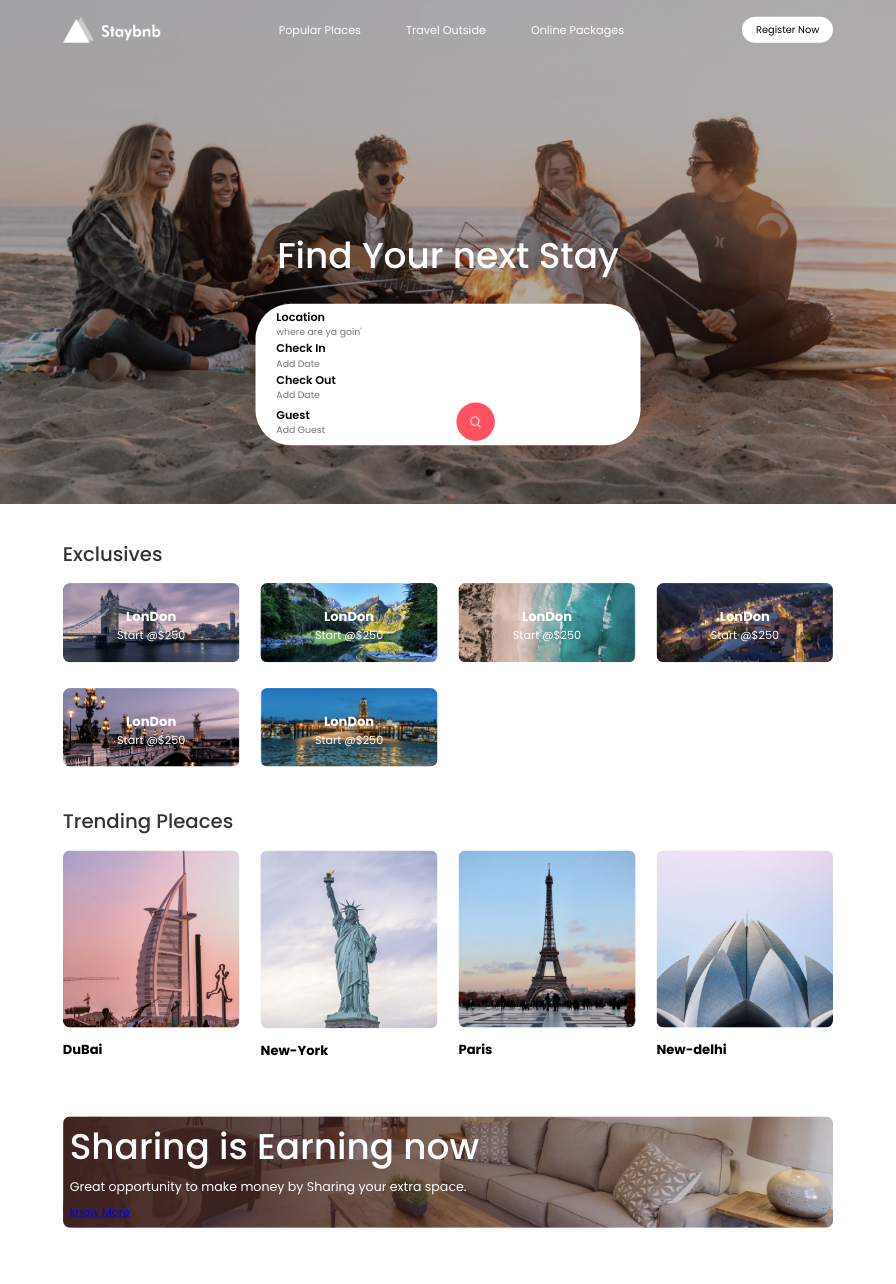
Repository: pinocoding/AirBnB
Page: house.html
These files come from the project's save history. The page is drawn as it stood at one moment and after the next save; the edit follows.
The browser window is 1280 px wide. The pictures show the whole page, at 70% of full size.

Above is the page before, as saved 2022-01-23 15:50:03.

### house.html
<!DOCTYPE html>
<html lang="en">
<head>
  <meta charset="UTF-8">
  <meta http-equiv="X-UA-Compatible" content="IE=edge">
  <meta name="viewport" content="width=device-width, initial-scale=1.0">
  <link rel="stylesheet" href="./style.css">
  <title>AirBnB</title>
</head>
<body>
  <!-- header -->
  <div class="header">
   <nav>
     <img src="/images/logo.png" class="logo" alt="blem" >
     <ul class="nav-links">
       <li><a href="#">Popular Places</a></li>
       <li><a href="#">Travel Outside</a></li>
       <li><a href="#">Online Packages</a></li>
     </ul>
     <a href="#"class="regiser-btn">Register Now</a>
   </nav>
   <div class="container">
     <h1>
       Find Your next Stay
     </h1>
     <div class="search-bar">
       <form >
         <div class="location-input">
           <label for="">Location</label>
           <input type="text" placeholder="where are ya goin'">
         </div>
         <div>
          <label for="">Check In </label>
          <input type="text" placeholder="Add Date">
        </div>
        <div>
          <label for="">Check Out</label>
          <input type="text" placeholder="Add Date">
        </div>
        <div>
          <label for="">Guest</label>
          <input type="text" placeholder="Add Guest">
        </div>
        <button type="submit">
          <img src="/images/search.png" alt="blem" >
        </button>
       </form>
     </div>


   </div>
   <!-- IMG gallary  -->


<!-- ---------Container------ -->

  </div>
  <div class="container">
    <h2 class="sub-title">Exclusives</h2>
    <div class="exclusives">
   <div>
     <img src="/images/image-1.png" alt="">
     <span>
       <h3>
         LonDon
       </h3>
       <p>
         Start @$250
       </p>
     </span>
   </div>
   <div>
    <img src="/images/image-2.png" alt="">
    <span>
      <h3>
        LonDon
      </h3>
      <p>
        Start @$250
      </p>
    </span>
  </div>
  <div>
    <img src="/images/image-3.png" alt="">
    <span>
      <h3>
        LonDon
      </h3>
      <p>
        Start @$250
      </p>
    </span>
  </div>
  <div>
    <img src="/images/image-4.png" alt="">
    <span>
      <h3>
        LonDon
      </h3>
      <p>
        Start @$250
      </p>
    </span>
  </div>
  <div>
    <img src="/images/image-5.png" alt="">
    <span>
      <h3>
        LonDon
      </h3>
      <p>
        Start @$250
      </p>
    </span>
  </div>
  <div>
    <img src="/images/image-6.png" alt="">
    <span>
      <h3>
        LonDon
      </h3>
      <p>
        Start @$250
      </p>
    </span>
  </div>
    </div>
    <h2 class="sub-title">
      Trending Pleaces
    </h2>
    <div class="trending">
      <div>
        <img src="/images/dubai.png" alt="blem" >
        <h3>DuBai</h3>
      </div>
      <div>
        <img src="/images/new-york.png" alt="blem" >
        <h3>New-York</h3>
      </div>
      <div>
        <img src="/images/paris.png" alt="blem" >
        <h3>Paris</h3>
      </div>
      <div>
        <img src="/images/new-delhi.png" alt="blem" >
        <h3>New-delhi</h3>
      </div>
    </div>
    <div class="cta">
      <h3>Sharing is Earning now</h3>
<p>Great opportunity to make money by Sharing your extra space.</p>
<a href="#" class='cta-btn'>know More </a>
    </div>

<!--  -->

</div>
</body>
<script src="./function.js"></script>
</html>

### style.css
@import url('https://fonts.googleapis.com/css2?family=Poppins:wght@300;400;500;600;700&display=swap');
:root {
  --text-colorWhite : #fff;
  --text-colorBlack : #000;
  --background  : #fff;
}
* {
  margin: 0;
  padding: 0;
  box-sizing: border-box;
  font-family: 'Poppins', sans-serif;
}
.header {
  min-height: 100vh;
  width: 100%;
  background-image:linear-gradient(rgba(0,0,0,0.3),rgba(0,0,0,0.3)),url(/images/banner.png);
  background-size: cover;
  background-position: center;
}
nav {
  display: flex;
  align-items: center;
  justify-content: space-between;
  padding: 20px  7%;
}
.logo {
  width: 140px;
  cursor: pointer;
}
.nav-links li {
  list-style: none;
  display: inline-block;
  margin : 10px 30px
}
.nav-links li a {
  text-decoration: none;
  color: var(--text-colorWhite);
}
 .regiser-btn {
   background:var(--background) ;
   color: #000;
   padding:8px 20px;
   border-radius: 20px;
   font-size: 14px;
   text-decoration: none;
  outline: none;

}
.container {
  padding :0 7%;
}
.container h1  {
font-size: 4vw;
font-weight: 500;
color: var(--text-colorWhite);
text-align: center;
padding-top: 22%

}
.search-bar {
  background: var(--background);
  width: 50%;
  margin: 30px auto;
  padding: 6px 10px 6px 30px;
  border-radius: 50px;

}
.search-bar form {
  display:  flex;
  align-items: center;
  flex-wrap: wrap;
}
.search-bar form input {
  display: block;
  border: 0;
  outline: none;
  background: transparent;
}
.search-bar form button {
  background: #ff5361;
  width: 55px;
  height: 55px;
  border-radius: 50%;
  outline: none;
  border: 0;
  cursor: pointer;
}
.search-bar form button img {
  width: 15px;
  margin-top: 7px;
}
.location-input {
  flex: 1;
}
.search-bar form label {
  font-weight: 600;
}
/* ---------Exclusives--------- */
.sub-title {
  margin:  50px 0 20px;
  font-size: 2.2vw;
  font-weight: 500;
  color: #333;
}
.exclusives {

  display: grid ;
  grid-template-columns: repeat(auto-fit,minmax(200px,1fr));
  grid-gap: 30px


}
.exclusives div img {
  width:100% ;
  border-radius: 10px;
}
.exclusives div {
  position: relative;
}
.exclusives div span {
  position:absolute;
  top : 50%;
  left: 50%;
  transform: translate(-50%,-50%);
  color: var(--text-colorWhite);
  text-align: center;
  cursor: pointer;
}
/* ------------Trending Please---------------------- */
.trending {

  display: grid ;
  grid-template-columns: repeat(auto-fit,minmax(200px,1fr));
  grid-gap: 30px;
  margin-bottom :30px;


}
.trending div img {
  width:100% ;
  border-radius: 10px;
}
.trending h3 {
  font-size: 600;
  margin-top :10px
}
/* -----Call to action --- */
.cta {
  margin : 80px 0  ;
  background-image: linear-gradient(to right, #3f2321,transparent),url(/images/banner-2.png);
  background-size: cover ;
  background-position: center;
  border-radius: 10px;
  padding: 10px;
  color: var(--text-colorWhite);


}
.cta  h3 {
  font-size: 4vw ;
  line-height: 5.3vw ;
  font-weight: 500;

}
.cta p {
  font-size: 18px;
  margin: 10px 0;
}

Loaded but not shown: function.js (no copy from this time; the picture is the same without it)

After the next save:
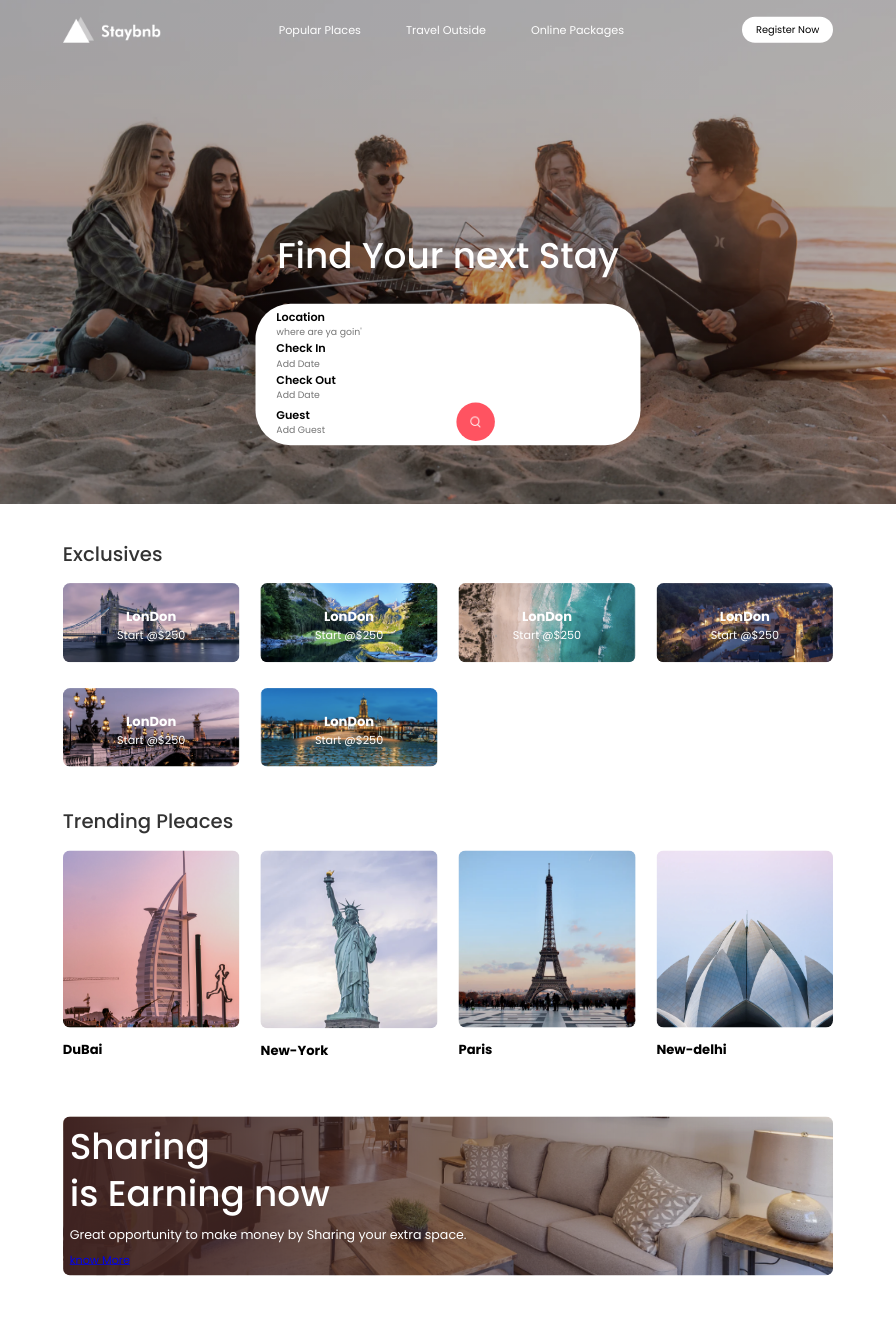
Saved 4 min 28 s later.
--- a/house.html
+++ b/house.html
@@ -147,7 +147,7 @@
       </div>
     </div>
     <div class="cta">
-      <h3>Sharing is Earning now</h3>
+      <h3>Sharing <br> is Earning now</h3>
 <p>Great opportunity to make money by Sharing your extra space.</p>
 <a href="#" class='cta-btn'>know More </a>
     </div>
